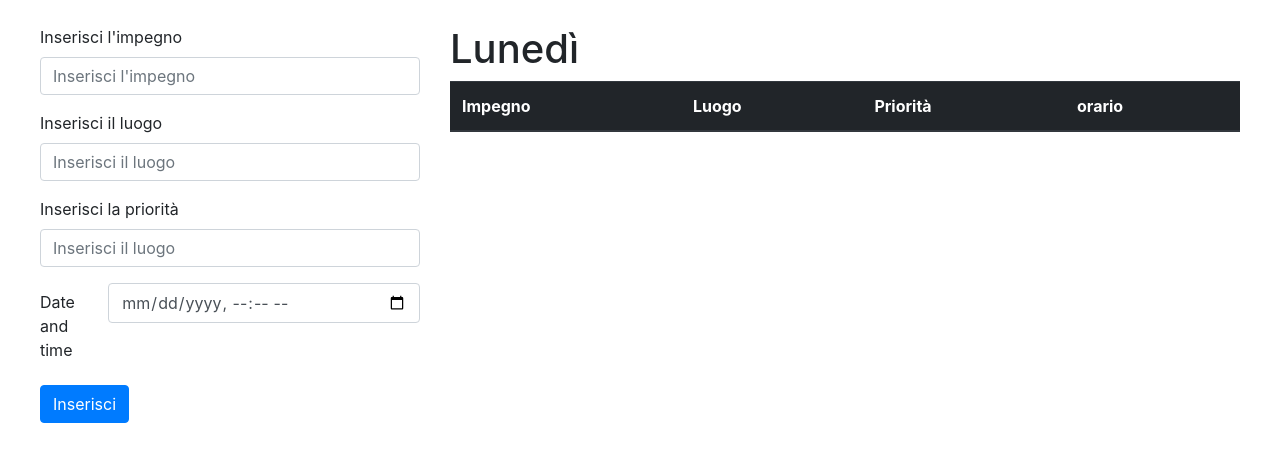
Repository: robertobellardi/eclipse
Page: Agenda/WebContent/index.html
An editor plug-in stored every save of this project. The page is shown before and after the next save, followed by the edit.
The browser window is 1280 px wide. The pictures show the whole page.
Some web libraries are served in a nearby version.

Above is the page before, as saved 2020-01-27 09:22:39.

After the next save:
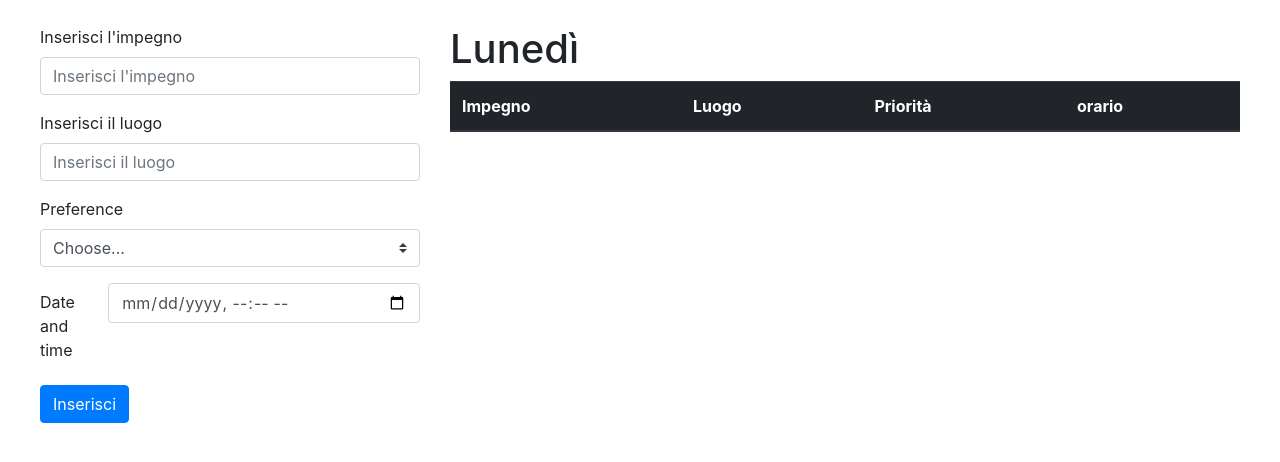
Saved 68 s later.
--- a/Agenda/WebContent/index.html
+++ b/Agenda/WebContent/index.html
@@ -28,9 +28,14 @@
 			  </div>
 
 			  <div class="form-group">
-			    <label for="luogo">Inserisci la priorità</label>
-			    <input type="text" class="form-control" id="luogo" placeholder="Inserisci il luogo">
-			  </div>
+			      <label class="mr-sm-2" for="inlineFormCustomSelect">Preference</label>
+			      <select class="custom-select mr-sm-2" id="inlineFormCustomSelect">
+			        <option selected>Choose...</option>
+			        <option value="1">One</option>
+			        <option value="2">Two</option>
+			        <option value="3">Three</option>
+			      </select>
+			    </div>
 
 			  <div class="form-group row">
 				  <label for="orario" class="col-2 col-form-label">Date and time</label>
